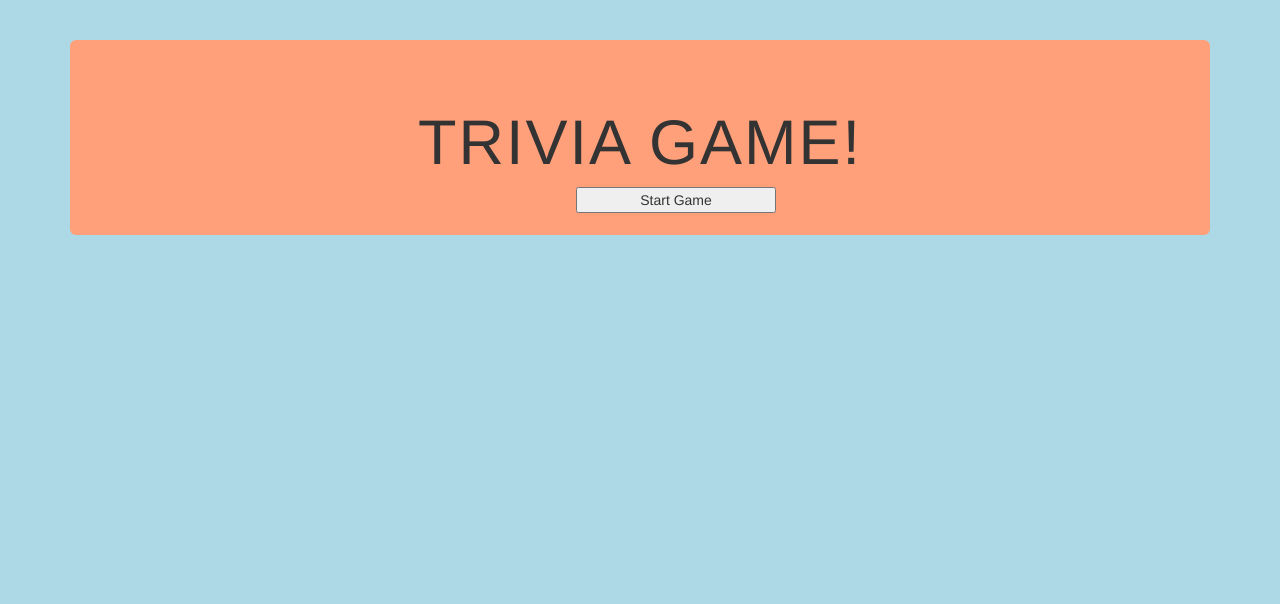
Repository: phiniezyc/TriviaGame
Page: index.html
These files come from the project's save history. The page is drawn as it stood at one moment and after a run of saves; the edit follows.
The browser window is 1280 px wide. The pictures show the whole page.
After loading, the first visible `#startGameButton` was clicked once.
Some web libraries are served in a nearby version.

Above is the page before, as saved 2017-09-14 01:24:35.

After the next 6 saves:
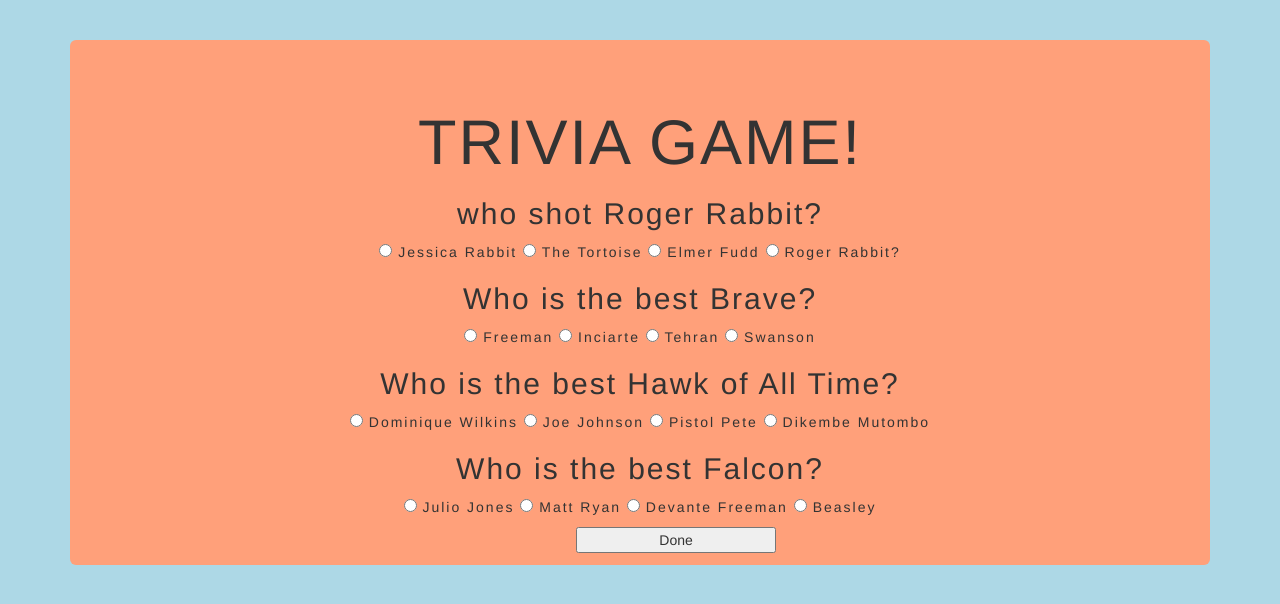
The 6 saves are shown as one change because they came seconds apart.
The last was saved 12 s later.
--- a/assets/javascript/app.js
+++ b/assets/javascript/app.js
@@ -1,6 +1,6 @@
 
 $("#startGameButton").on("click", function () {
-
+    trivaScoring.startTimer();
     /* $("#startGameButton").remove();
     for (var i = 0; i < questions.length; i++) {
         $("#questionSection").append("<h2>" + questions[i].question + "</h2>");
